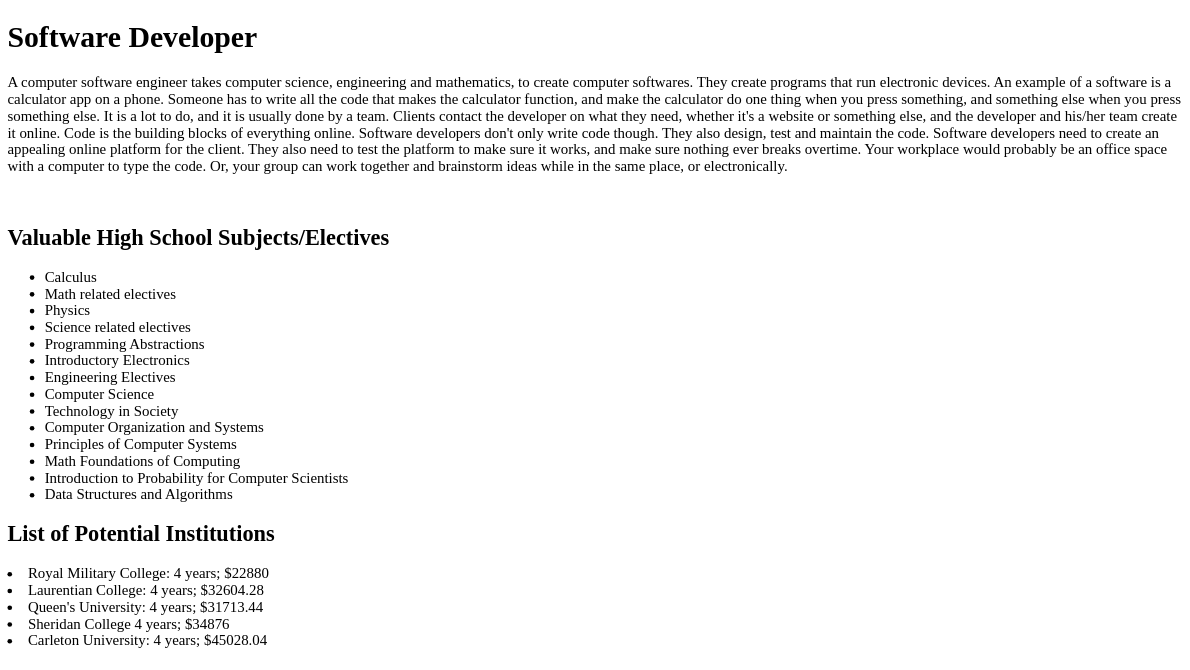
Repository: soerik/1soerik.github.io
Page: index.html
The author's editor kept a record of every edit. The page is drawn from the files as they stood at one moment, then again after the next edit.
The browser window is 1280 px wide. The pictures show the whole page, at 93% of full size.

Above is the page before.

### index.html
<!DOCTYPE html>
<html>
<head>
    <title>Software Developer</title>
</head>

<body>

<h1>Software Developer</h1>

<p>A computer software engineer takes computer
science, engineering and mathematics, to create
computer softwares. They create programs that
run electronic devices. An example of a software
is a calculator app on a phone. Someone has to
write all the code that makes the calculator
function, and make the calculator do one thing
when you press something, and something else
when you press something else. It is a lot to
do, and it is usually done by a team. Clients
contact the developer on what they need, whether
it's a website or something else, and the
developer and his/her team create it online.
Code is the building blocks of everything
online. Software developers don't
only write code though. They also design, test
and maintain the code. Software developers
need to create an appealing online platform
for the client. They also need to test the
platform to make sure it works, and make sure
nothing ever breaks overtime. Your workplace
would probably be an office space with a computer
to type the code. Or, your group can work
together and brainstorm ideas while in the
same place, or electronically.
</p>
<img src=""></img>

<h2>Valuable High School Subjects/Electives</h2>

<ul>
    <li>Calculus</li>
    <li>Math related electives</li>
    <li>Physics</li>
    <li>Science related electives</li>
    <li>Programming Abstractions</li>
    <li>Introductory Electronics</li>
    <li>Engineering Electives</li>
    <li>Computer Science</li>
    <li>Technology in Society</li>
    <li>Computer Organization and Systems</li>
    <li>Principles of Computer Systems</li>
    <li>Math Foundations of Computing</li>
    <li>Introduction to Probability for Computer Scientists</li>
    <li>Data Structures and Algorithms</li>
 </ul>

<h2>List of Potential Institutions</h2>
<li>Royal Military College:
4 years; $22880</li>
<li>Laurentian College:
4 years; $32604.28</li>
<li>Queen's University:
4 years; $31713.44</li>
<li>Sheridan College
4 years; $34876</li>
<li>Carleton University:
4 years; $45028.04</li>
<ul>


</body>
</html>

After the next edit:
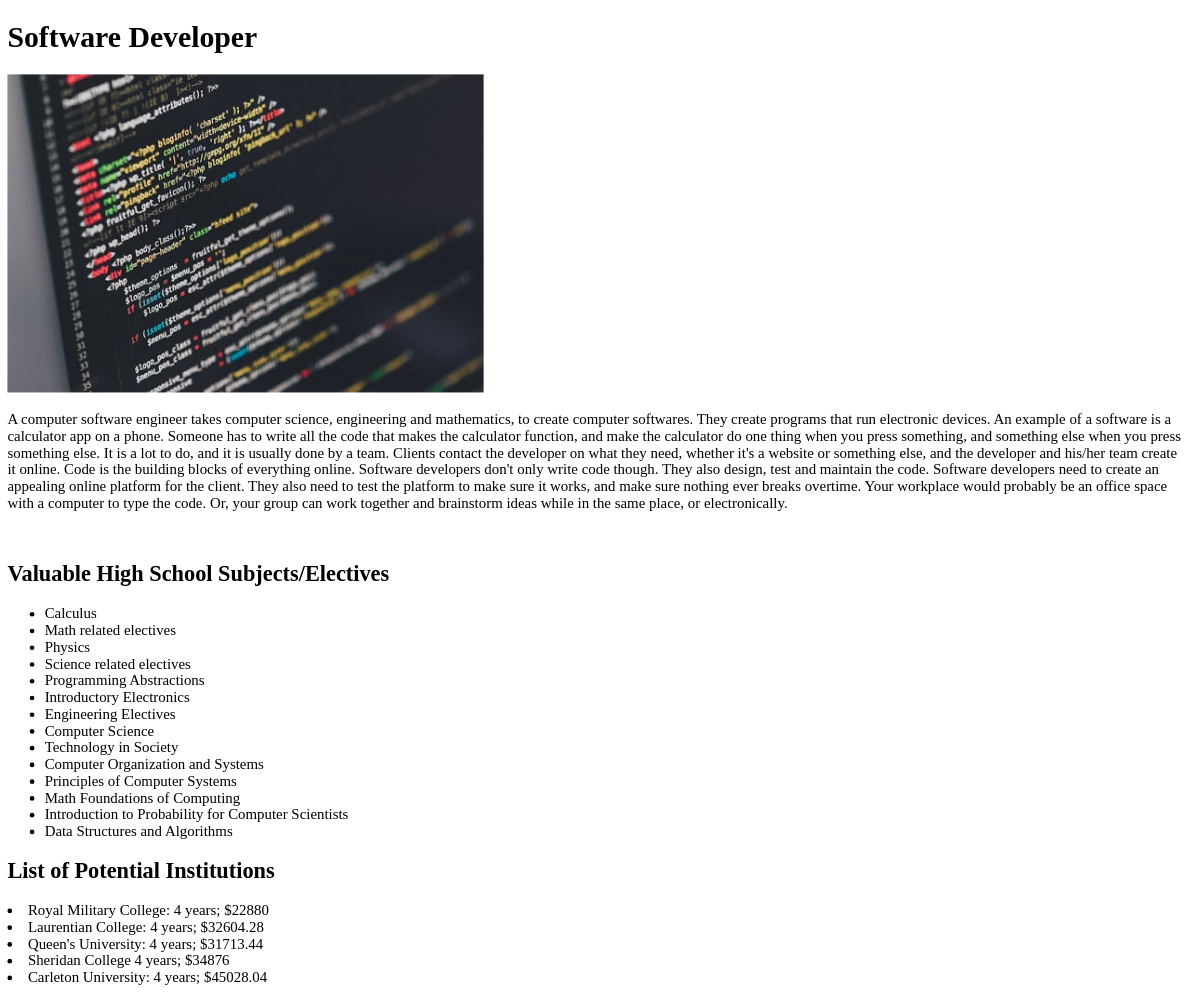
The edit:
--- a/index.html
+++ b/index.html
@@ -7,6 +7,7 @@
 <body>
 
 <h1>Software Developer</h1>
+<img src="code-min.jpg"></img>
 
 <p>A computer software engineer takes computer
 science, engineering and mathematics, to create
